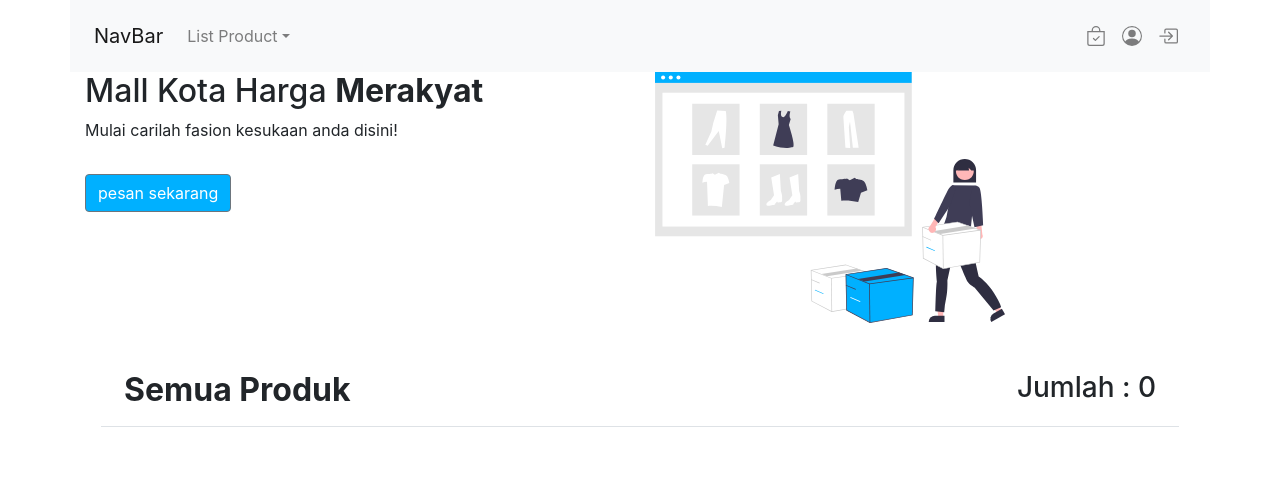
Repository: AHSANS354/ecommerce-catalog
Page: /
These files come from the project's save history. The page is drawn as it stood at one moment and after the next save; the edit follows.
The browser window is 1280 px wide. The pictures show the whole page.
The page's requests for data from a server got no answer. The project was rebuilt for these pictures with package versions that can differ from the ones it lists, and the page was loaded fresh each time. No one was signed in, and anything a server would have sent is missing. Also part of the build but not shown: vue.config.js, src/components/CardProduct.vue.

Above is the page before, as saved 2023-03-01 22:47:56.

### src/main.js
import Vue from "vue";
import App from "./App.vue";
import router from "./router";
import { BootstrapVue, IconsPlugin } from "bootstrap-vue";
// Import Bootstrap and BootstrapVue CSS files (order is important)
import "bootstrap/dist/css/bootstrap.css";
import "bootstrap-vue/dist/bootstrap-vue.css";
import "./assets/style/main.css";

// Make BootstrapVue available throughout your project
Vue.use(BootstrapVue);
// Optionally install the BootstrapVue icon components plugin
Vue.use(IconsPlugin);

Vue.config.productionTip = false;

new Vue({
  router,
  render: (h) => h(App),
}).$mount("#app");

### src/App.vue
<template>
  <div id="app">
    <router-view />
  </div>
</template>

### src/assets/style/main.css
.btn.btn-secondary {
  background-color: #00b0ff !important;
}

.card-img-top {
  height: 18rem;
}

.card {
  padding: 2rem;
}

.deskripsi {
  display: -webkit-box;
  -webkit-line-clamp: 3;
  -webkit-box-orient: vertical;
  overflow: hidden;
  text-overflow: ellipsis;
}

.title {
  display: -webkit-box;
  -webkit-line-clamp: 2;
  -webkit-box-orient: vertical;
  overflow: hidden;
  text-overflow: ellipsis;
}

### src/views/HomeView.vue
<template>
  <div class="home">
    <navbar-view />
    <div class="container mt-5 pt-4">
      <div class="row">
        <div class="col-md-6">
          <h2>Mall Kota Harga <strong>Merakyat</strong></h2>
          <p>Mulai carilah fasion kesukaan anda disini!</p>

          <b-button class="mt-3"> pesan sekarang </b-button>
        </div>
        <div class="col-md-6">
          <img
            src="../assets/images/undraw_web_shopping_re_owap.svg"
            alt="foto"
            width="350"
          />
        </div>
      </div>

      <div class="row border-bottom m-3 p-2">
        <div class="col d-flex justify-content-between mt-4">
          <h2><strong>Semua Produk</strong></h2>
          <h3>
            Jumlah :
            {{ products.length }}
          </h3>
        </div>
      </div>

      <div class="row">
        <div class="col-md-4" v-for="product in products" :key="product.id">
          <card-product :product="product" />
        </div>
      </div>
    </div>
  </div>
</template>

<script>
import NavbarView from "@/components/NavbarView.vue";
import CardProduct from "@/components/CardProduct.vue";
import axios from "axios";
// @ is an alias to /src

export default {
  name: "HomeView",
  components: {
    NavbarView,
    CardProduct,
  },
  data() {
    return {
      products: [],
    };
  },
  methods: {
    setProduct(data) {
      this.products = data;
    },
  },
  mounted() {
    axios
      .get("https://fakestoreapi.com/products")
      .then((response) => this.setProduct(response.data))
      .catch((error) => console.log(error));
  },
};
</script>

### src/components/NavbarView.vue
<template>
  <div class="container p-2 fixed-top bg-light">
    <b-navbar toggleable="lg" type="light">
      <router-link class="navbar-brand" to="/">NavBar</router-link>

      <b-navbar-toggle target="nav-collapse"></b-navbar-toggle>

      <b-collapse id="nav-collapse" is-nav>
        <b-navbar-nav>
          <b-nav-item-dropdown text="List Product" right>
            <router-link class="dropdown-item" to="/">EN</router-link>
            <router-link class="dropdown-item" to="/">ES</router-link>
            <router-link class="dropdown-item" to="/">RU</router-link>
            <router-link class="dropdown-item" to="/">FA</router-link>
          </b-nav-item-dropdown>
        </b-navbar-nav>

        <!-- Right aligned nav items -->
        <b-navbar-nav class="ml-auto">
          <router-link to="/"
            ><b-nav-item><b-icon-bag-check></b-icon-bag-check></b-nav-item
          ></router-link>
          <router-link to="/"
            ><b-nav-item
              ><b-icon-person-circle></b-icon-person-circle></b-nav-item
          ></router-link>
          <router-link to="/"
            ><b-nav-item
              ><b-icon-box-arrow-in-right></b-icon-box-arrow-in-right></b-nav-item
          ></router-link>
        </b-navbar-nav>
      </b-collapse>
    </b-navbar>
  </div>
</template>

<script>
export default {
  name: "NavbarView",
};
</script>

<style>
</style>

Loaded but not shown: public/index.html (common file); src/router/index.js (common file)

After the next save:
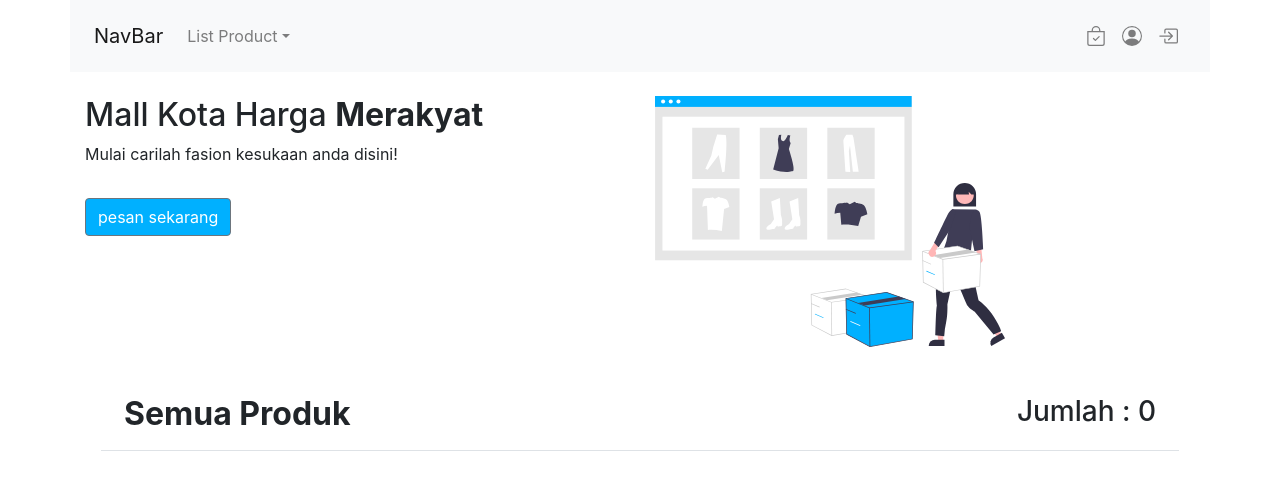
Saved 10 s later.
--- a/src/views/HomeView.vue
+++ b/src/views/HomeView.vue
@@ -1,7 +1,7 @@
 <template>
   <div class="home">
     <navbar-view />
-    <div class="container mt-5 pt-4">
+    <div class="container mt-5 pt-5">
       <div class="row">
         <div class="col-md-6">
           <h2>Mall Kota Harga <strong>Merakyat</strong></h2>
